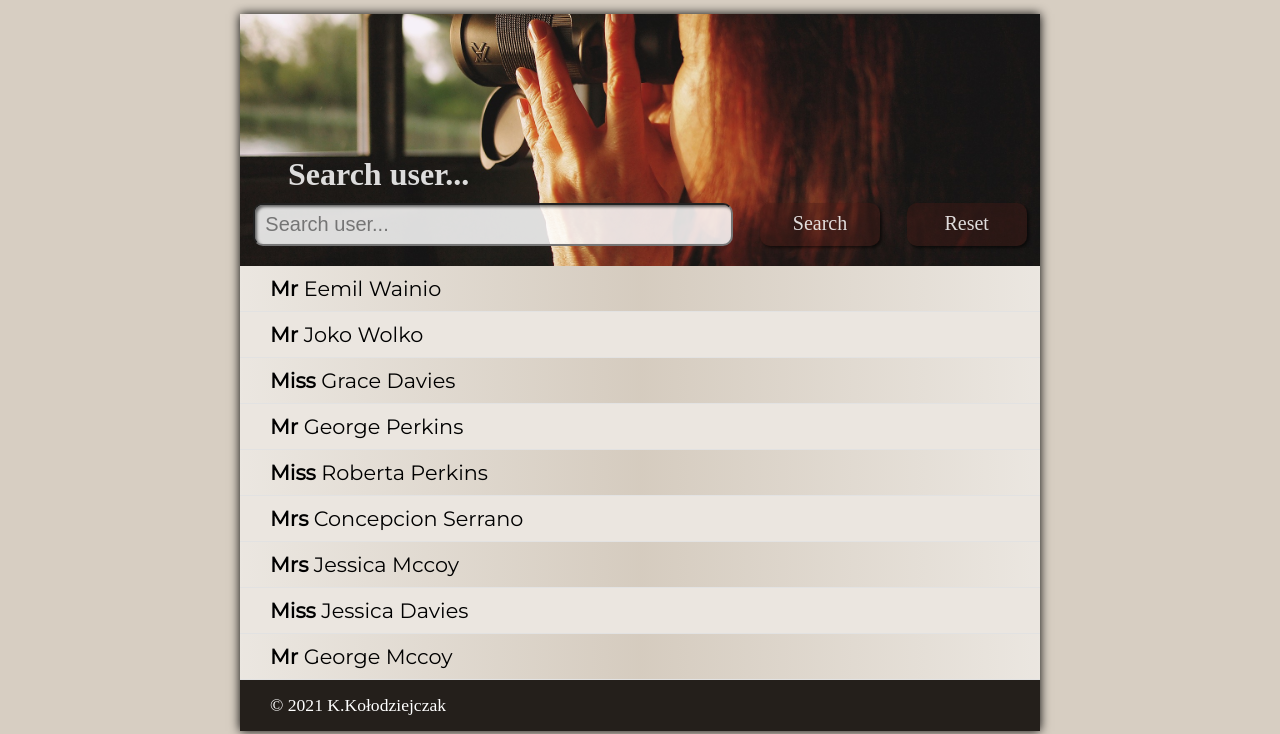
Repository: KrzysKolo/sr_tydzien5_zad4
Page: /
The author's editor kept a copy of each file at every save. The page is drawn from the files as they stood at one save, then again after the next save.
The browser window is 1280 px wide. The pictures show the whole page.
Some web fonts or font styles are not loaded; a fallback is used. The project was rebuilt for these pictures with package versions that can differ from the ones it lists, and the page was loaded fresh each time. Also part of the build but not shown: src/components/userContainerComponents/Error.js.

Above is the page before, as saved 2021-01-04 16:35:42.

After the next save:
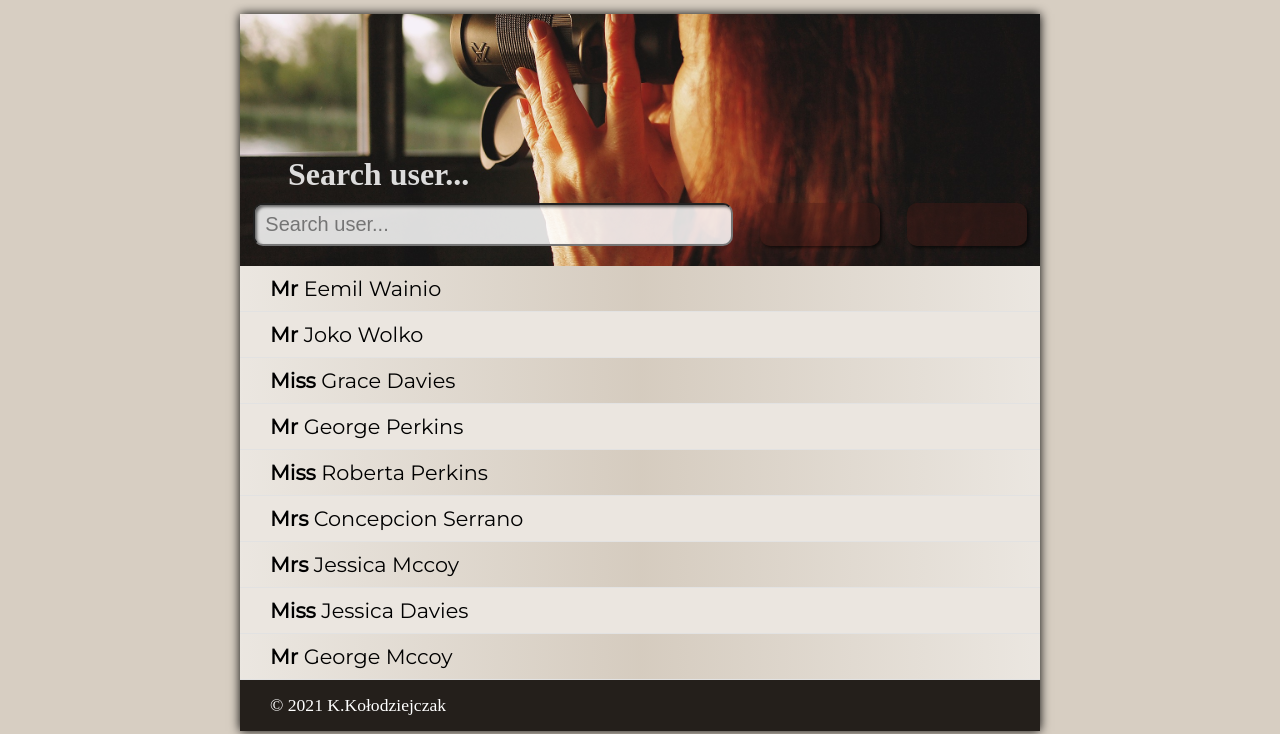
Saved 2 min 25 s later.
--- a/src/components/userContainerComponents/Header.js
+++ b/src/components/userContainerComponents/Header.js
@@ -24,8 +24,8 @@
             <h1 className="header__title">Search user...</h1>
             <form className="header__search-wrapper" onSubmit={handleSubmit}>
                 <Input type="text" search={search} onChange={handleChange} />
-                <Button values="Search" onClick ={handleSubmit}/>
-                <Button values="Reset" onClick={handleReset} />
+                <Button value="Search" onClick ={handleSubmit}/>
+                <Button value="Reset" onClick={handleReset} />
             </form>
         </div>
     )

After the save that followed:
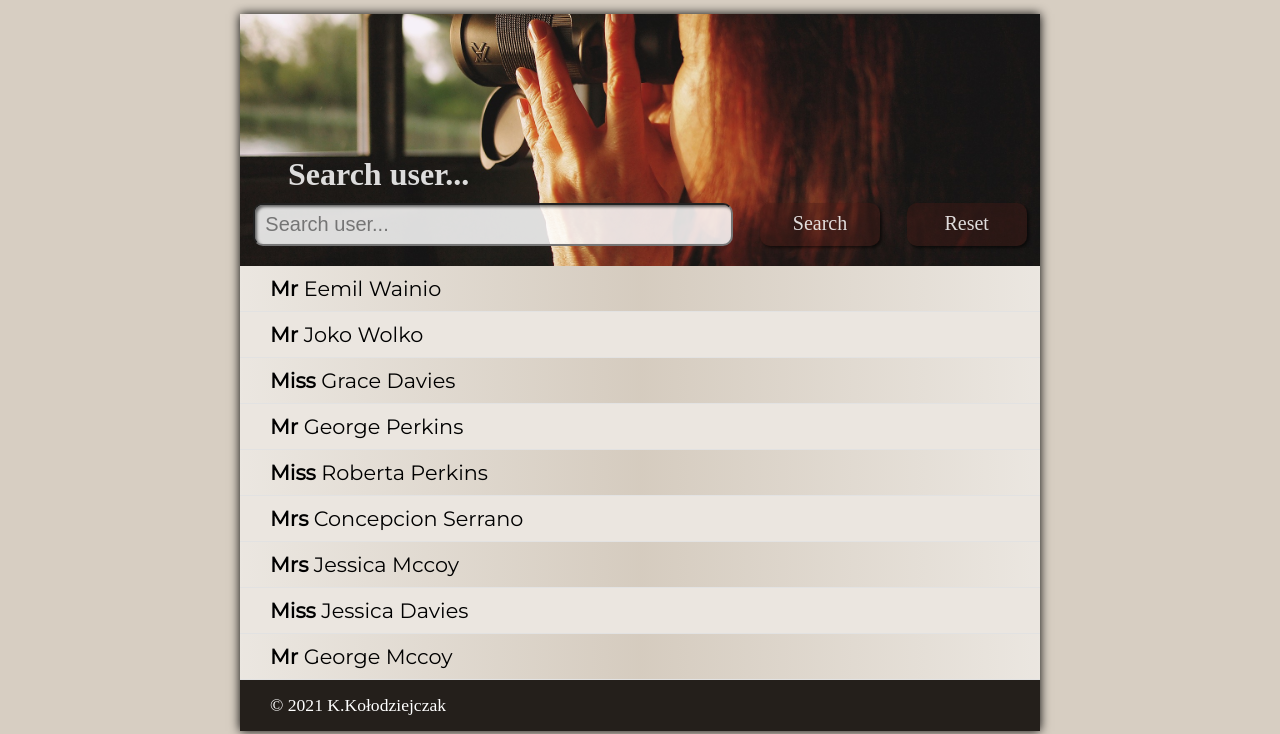
Saved 9 s later.
--- a/src/components/userContainerComponents/Header.js
+++ b/src/components/userContainerComponents/Header.js
@@ -24,8 +24,8 @@
             <h1 className="header__title">Search user...</h1>
             <form className="header__search-wrapper" onSubmit={handleSubmit}>
                 <Input type="text" search={search} onChange={handleChange} />
-                <Button value="Search" onClick ={handleSubmit}/>
-                <Button value="Reset" onClick={handleReset} />
+                <Button values="Search" onClick ={handleSubmit}/>
+                <Button values="Reset" onClick={handleReset} />
             </form>
         </div>
     )
